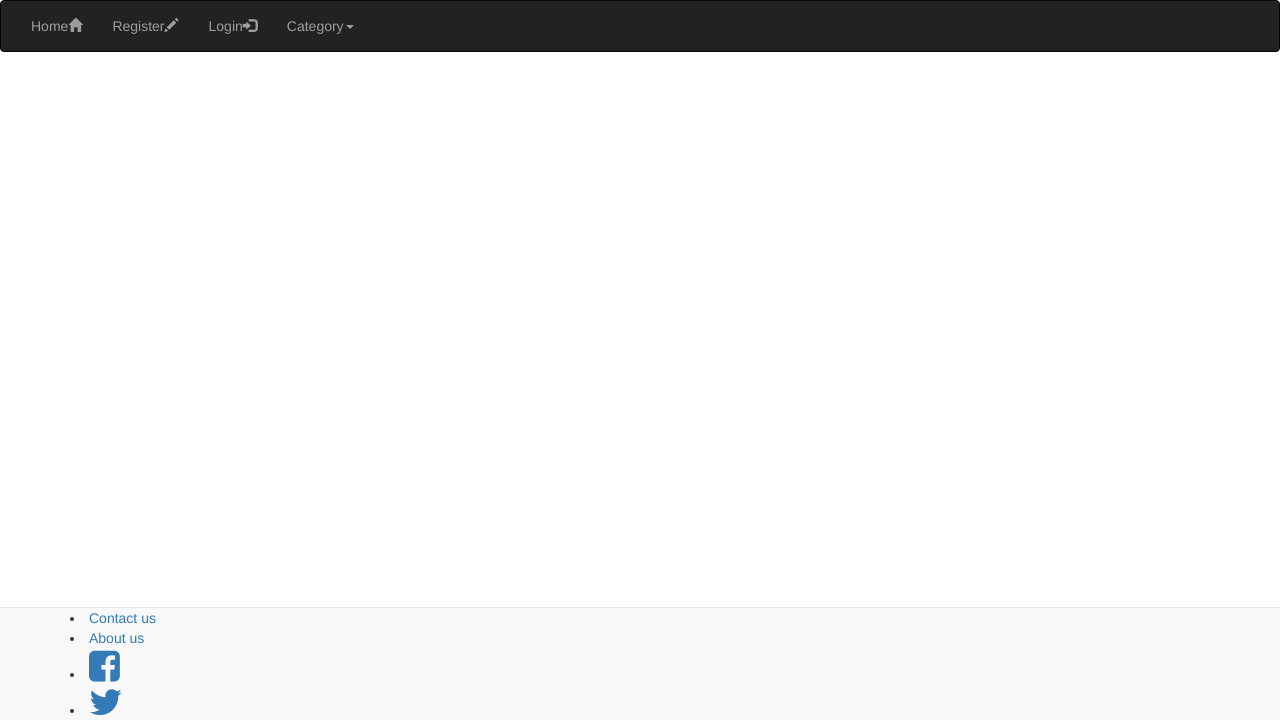
Repository: mozhulungdsuo/Task3
Page: http://localhost/DynamicWebsite/
The author's editor kept a copy of each file at every save. The page is drawn from the files as they stood at one save, then again after the next save.
The browser window is 1280 px wide. The pictures show the whole page.
Some web libraries are served in a nearby version. The page is served by Tomcat 9.

Above is the page before, as saved 2018-01-11 04:22:18.

### DynamicWebsite/WebContent/index.jsp
<%@ page language="java" contentType="text/html; charset=ISO-8859-1"
    pageEncoding="ISO-8859-1"%>
<!DOCTYPE html PUBLIC "-//W3C//DTD HTML 4.01 Transitional//EN" "http://www.w3.org/TR/html4/loose.dtd">
<html>
<head>
<meta http-equiv="Content-Type" content="text/html; charset=ISO-8859-1">
<title>Insert title here</title>
<meta name="viewport" content="width=device-width, initial-scale=1">
  <link rel="stylesheet" href="https://maxcdn.bootstrapcdn.com/bootstrap/3.3.7/css/bootstrap.min.css">
  <link rel="stylesheet" href="https://cdnjs.cloudflare.com/ajax/libs/font-awesome/4.7.0/css/font-awesome.min.css">
  <script src="https://ajax.googleapis.com/ajax/libs/jquery/3.2.1/jquery.min.js"></script>
  <script src="https://maxcdn.bootstrapcdn.com/bootstrap/3.3.7/js/bootstrap.min.js"></script>
</head>
<nav class="navbar navbar-inverse">
  <div class="container-fluid">
  <ul class="nav navbar-nav">
   <li><a href="#">Home<span class="glyphicon glyphicon-home"></span></a></li>
   <li><a href="#">Register<span class="glyphicon glyphicon-pencil"></span></a></li>
   <li><a href="#">Login<span class="glyphicon glyphicon-log-in"></span></a></li>
   <li class="dropdown"><a class="dropdown-toggle" data-toggle="dropdown" href="#">Category<span class="caret"></span></a>
        <ul class="dropdown-menu">
          <li><a href="#">Jeans</a></li>
          <li><a href="#">Shirts</a></li>
          <li><a href="#">Shoes</a></li>
        </ul>
        </li>
    </ul>
    </div>
    </nav>
    <nav class="navbar navbar-default navbar-fixed-bottom">
    <div class="container">
    <footer class="footer">

      <li><a href="#">Contact us</a></li>
      <li><a href="#">About us</a></li>
      <li><a href="#"><i class="fa fa-facebook-square" style="font-size:36px"></i></a></li>
      <li><a href="#"><i class="fa fa-twitter" style="font-size:36px"></i></a></li>
 </footer>
      </div>
      </nav>

<body>

</body>
</html>

After the next save:
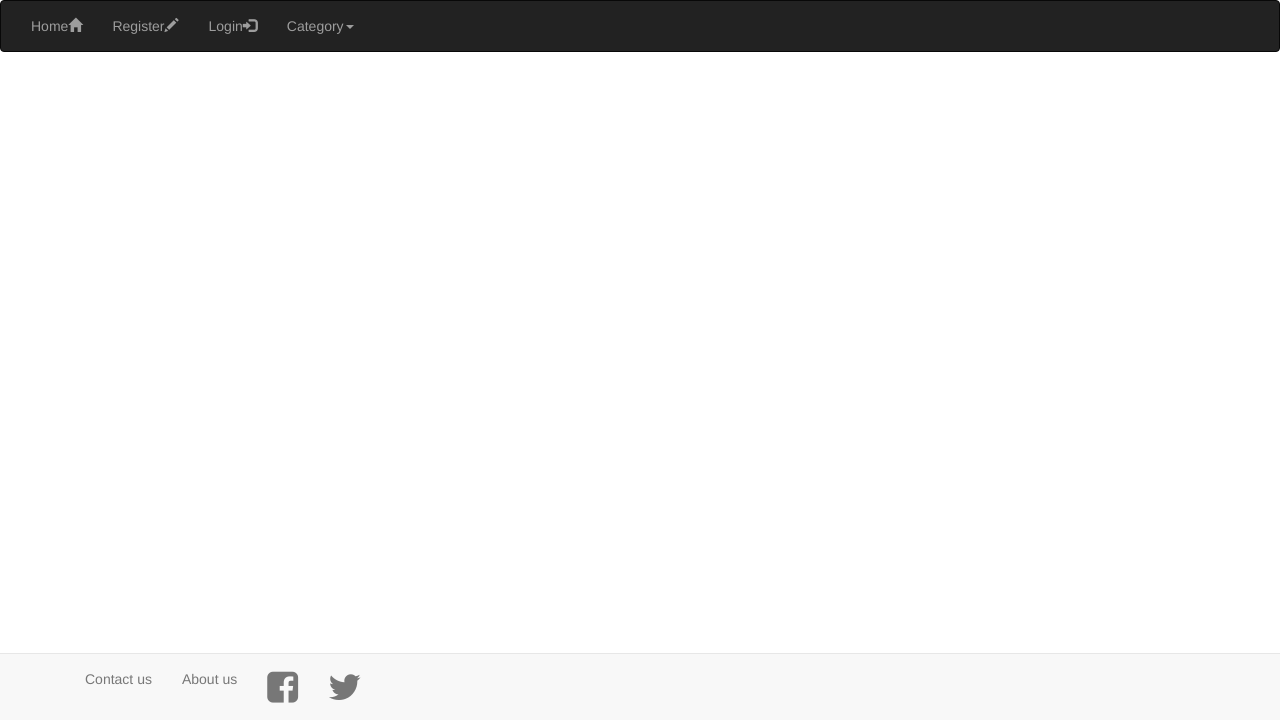
Saved 47 s later.
--- a/DynamicWebsite/WebContent/index.jsp
+++ b/DynamicWebsite/WebContent/index.jsp
@@ -29,14 +29,16 @@
     </nav>
     <nav class="navbar navbar-default navbar-fixed-bottom">
     <div class="container">
-    <footer class="footer">
+    <ul class="nav navbar-nav">
+
 
       <li><a href="#">Contact us</a></li>
       <li><a href="#">About us</a></li>
       <li><a href="#"><i class="fa fa-facebook-square" style="font-size:36px"></i></a></li>
       <li><a href="#"><i class="fa fa-twitter" style="font-size:36px"></i></a></li>
- </footer>
-      </div>
+
+  </ul>
+       </div>
       </nav>
 
 <body>
